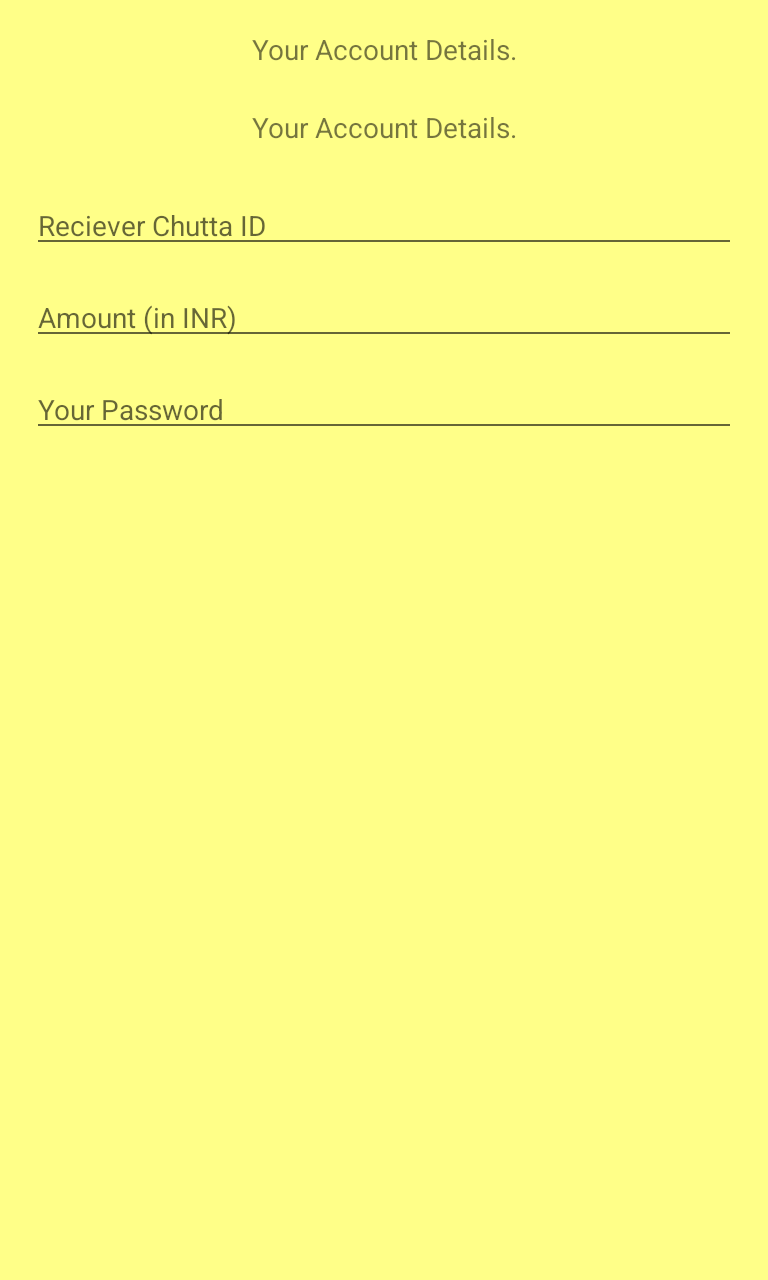
Repository: pankajksharma/chutta-pay
Layout: ChuttaPay/res/layout/activity_account.xml
An editor plug-in stored every save of this project. The layout is shown before and after the next save, followed by the edit.
It is drawn on a 768 x 1280 px phone screen (xhdpi) without system bars, with theme AppTheme; the app's code is not run.

Above is the layout before, as saved 2014-04-26 16:23:49.

After the next save:
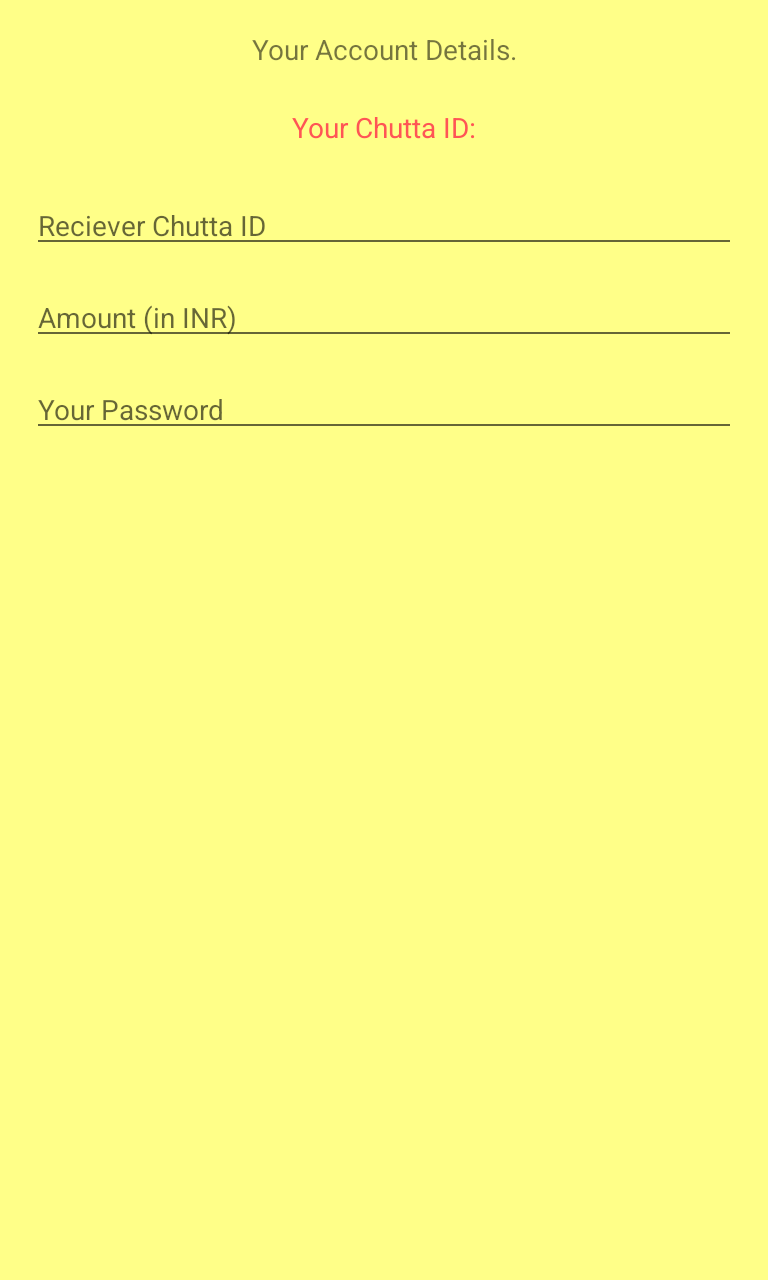
Saved 44 s later.
--- a/ChuttaPay/res/layout/activity_account.xml
+++ b/ChuttaPay/res/layout/activity_account.xml
@@ -26,7 +26,8 @@
             android:layout_height="wrap_content"
             android:gravity="center_horizontal"
             android:layout_marginBottom="20dp"
-            android:text="Your Account Details." />
+            android:textColor="#ff5555"
+            android:text="Your Chutta ID:" />
 
         <EditText
             android:id="@+id/edt_user_id"
